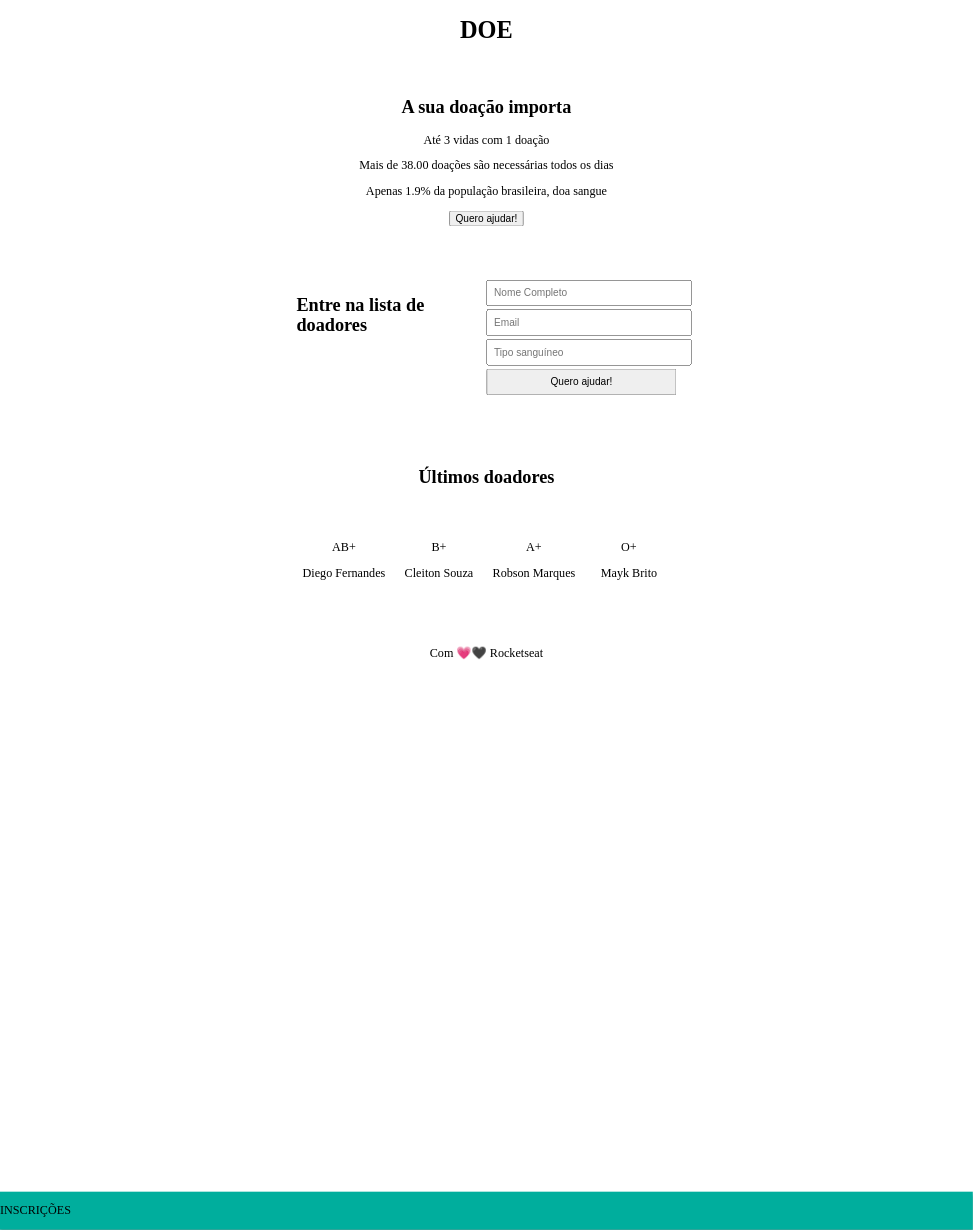
Repository: lucas-silva-dev/Doe
Page: index.html
These files come from the project's save history. The page is drawn as it stood at one moment and after the next save; the edit follows.
The browser window is 1280 px wide. The pictures show the whole page, at 76% of full size.

Above is the page before, as saved 2020-02-18 14:16:31.

### index.html
<!DOCTYPE html>
<!-- HTML
  HYPERTEXT
    Texto que contém links para outros documentos

  MARKUP
    Texto conterá marcações
    <tags>

  LANGUAGE
    Para comunicar de certa maneira. Sintaxe específica
-->
<html>

<head>
  <!-- são as configurações da minha página-->
  <title>Doe sangue! Doe vida!</title>

  <link rel="stylesheet" href="style.css">

</head>

<body>
  <!-- Aqui vem todo conteúdo visível para o usuário, dentro de certa página-->
  <header>
    <h1>DOE</h1>
    <h2>A sua doação importa</h2>
    <p>Até 3 vidas com 1 doação</p>
    <p>Mais de 38.00 doações são necessárias todos os dias</p>
    <p>Apenas 1.9% da população brasileira, doa sangue</p>
    <button>Quero ajudar!</button>
  </header>

  <section class="form">
    <h2>Entre na lista de doadores</h2>
    <form action="/">
      <input type="text" name="name" placeholder="Nome Completo">
      <input type="text" name="email" placeholder="Email">
      <input type="text" name="blood" placeholder="Tipo sanguíneo">
      <button type="submit">Quero ajudar!</button>
    </form>
  </section>

  <main>
    <h2>Últimos doadores</h2>

    <section class="donors">
      <div class="donor">
        <div class="blood">AB+</div>
        <p>Diego Fernandes</p>
      </div>
      <div class="donor">
        <div class="blood">B+</div>
        <p>Cleiton Souza</p>
      </div>
      <div class="donor">
        <div class="blood">A+</div>
        <p>Robson Marques</p>
      </div>
      <div class="donor">
        <div class="blood">O+</div>
        <p>Mayk Brito</p>
      </div>
    </section>
  </main>

  <footer> Com 💗🖤 Rocketseat</footer>
  <div class="cred">
    <p>INSCRIÇÕES</p>
  </div>
</body>

</html>

### style.css
/*
  CASCADING STYLESHEET
*/

/* GLOBAL */
html,
body {
  margin: 0;
}

body {
  display: flex;
  flex-direction: column;
  height: 100vh;
}

/* TITULOS */
header h1,
main h2 {
  margin-bottom: 70px;
}

/* ESTRUTURA */
header,
main,
footer {
  /* alinhamento de textos */
  text-align: center;
}

header,
.form,
main {
  /* espaçamentos com margin */
  margin: 0 auto 70px;

  /* limites dos elementos */
  width: 90%;
  max-width: 500px;
}

/* FORM */
section.form {
  display: grid;
  grid-template-columns: 1fr 1fr;
}

form input,
form button {
  width: 100%;
  margin-bottom: 4px;
  padding: 8px;
}
/* MAIN */
main .donors {
  display: grid;
  grid-template-columns: 1fr 1fr 1fr 1fr;
}

footer {
  margin-top: auto;
}

div.cred {
  position: relative;
  margin-top: 700px;
  height: 300px;

  background: #00ae9d;
  box-shadow: 0px 4px 4px rgba(0, 0, 0, 0.25), 0px 4px 4px rgba(0, 0, 0, 0.25);
}

After the next save:
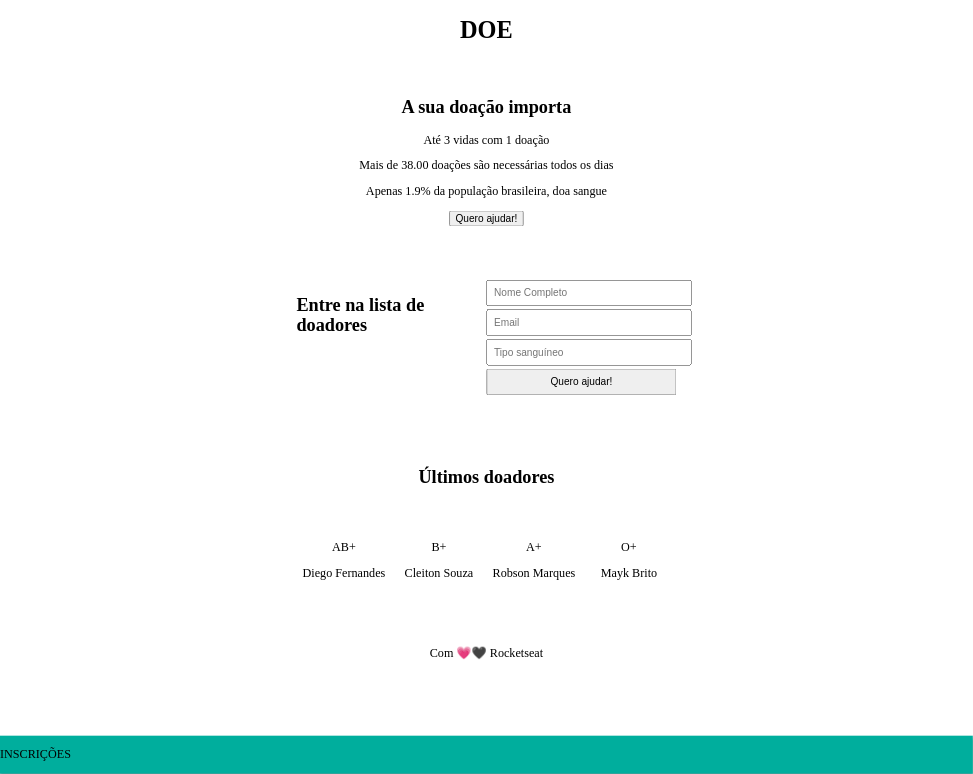
Saved 20 s later.
--- a/style.css
+++ b/style.css
@@ -63,7 +63,7 @@ footer {
 
 div.cred {
   position: relative;
-  margin-top: 700px;
+  margin-top: 100px;
   height: 300px;
 
   background: #00ae9d;
